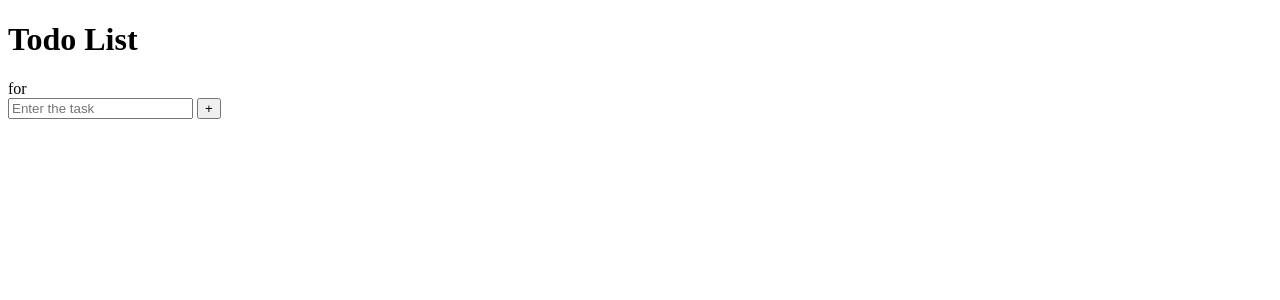
Repository: rupeshkofficial/Todo-List-Ver2
Page: http://localhost/
An editor plug-in stored every save of this project. The page is shown before and after a run of saves, followed by the edit.
The browser window is 1280 px wide. The pictures show the whole page.
The page is served by the project's Node server (app.js).

Above is the page before, as saved 2023-02-23 13:23:31.

After the next 3 saves:
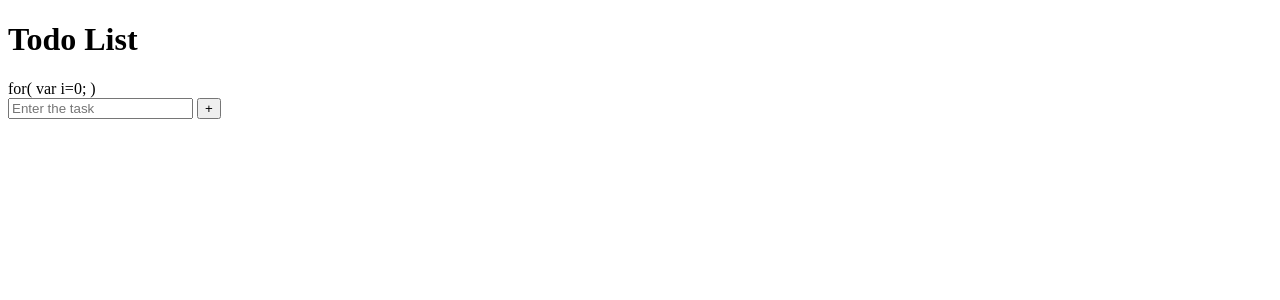
The 3 saves are shown as one change because they came seconds apart.
The last was saved 9 s later.
--- a/views/list.ejs
+++ b/views/list.ejs
@@ -10,7 +10,7 @@
         <h1>Todo List</h1>
     </div>
     <div class="box">
-       for
+       for( var i=0; )
 
         <form action="/" , method="POST">
             <input type="text" name="ele1" placeholder="Enter the task">
